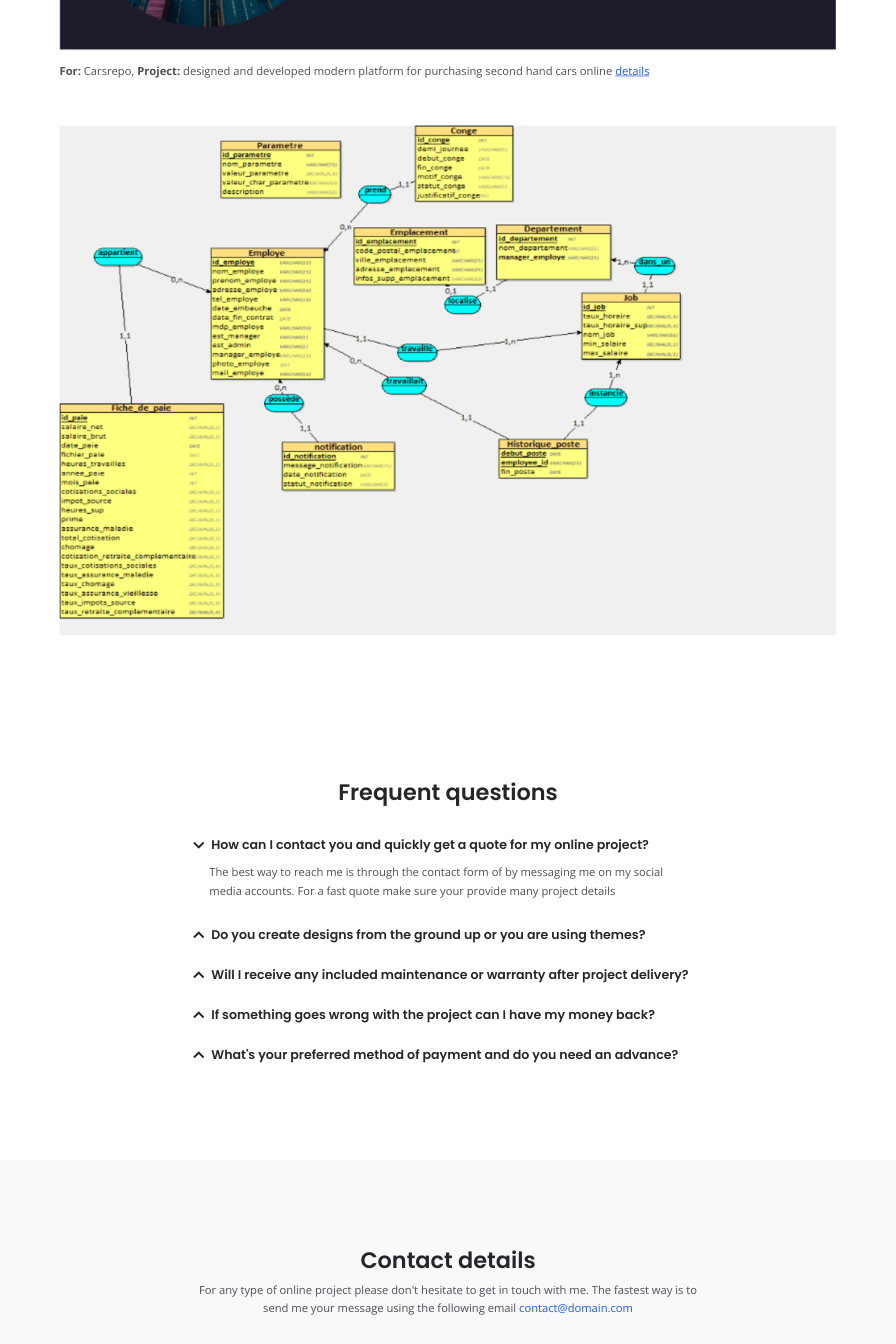
Repository: J2S80000/Portfolio
Page: index.html
The author's editor kept a copy of each file at every save. The page is drawn from the files as they stood at one save, then again after the next save.
The browser window is 1280 px wide. The pictures show the part of the page from y = 4580 to 6500 px (the page is 7409 px tall before and 8148 px after), at 70% of full size.

Above is the page before, as saved 2025-05-05 17:14:21.

After the next save:
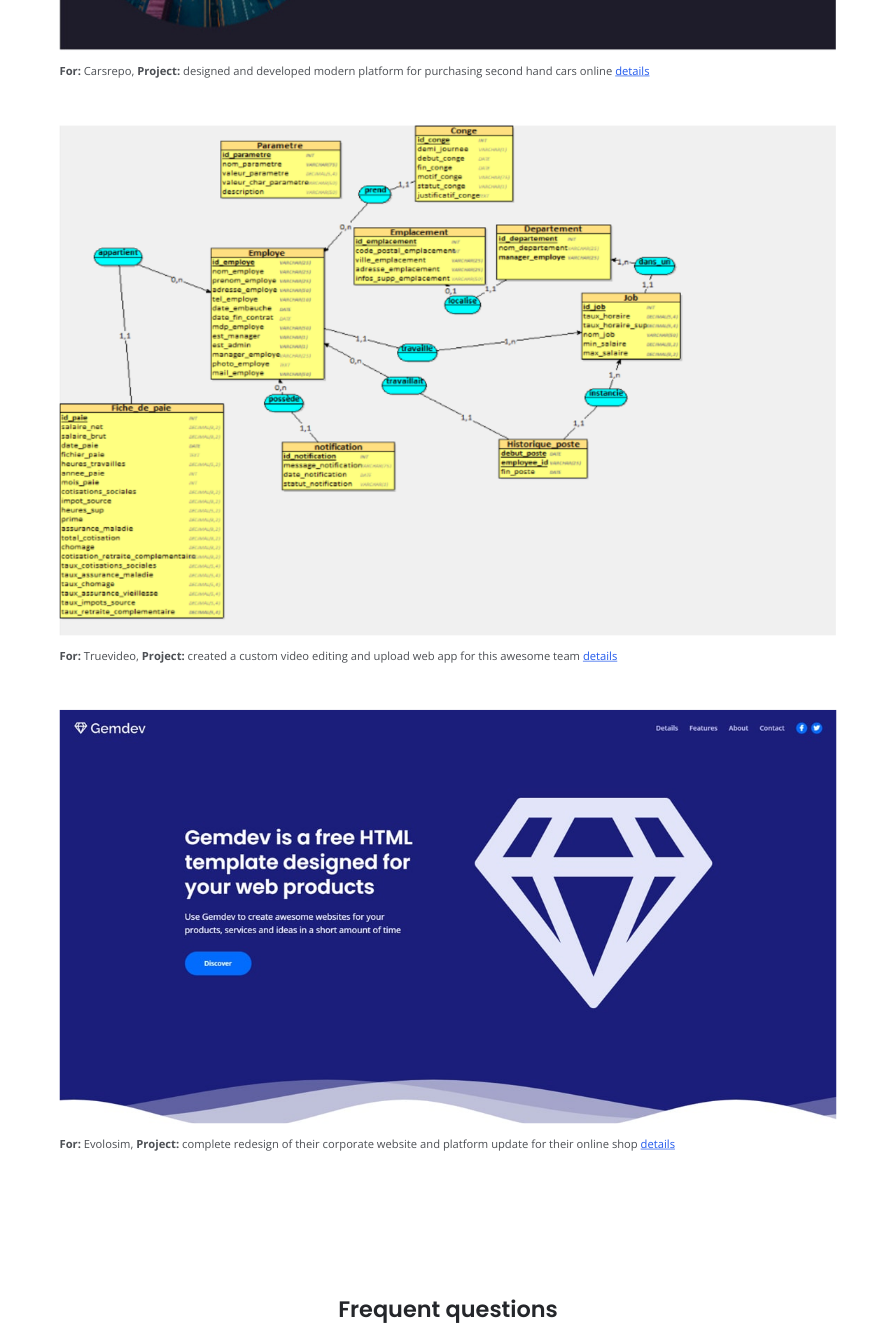
Saved 15 s later.
--- a/index.html
+++ b/index.html
@@ -252,6 +252,15 @@
                                 <img class="img-fluid" src="images/project-3.1.png" alt="alternative">
                             </a>
                         </div> <!-- end of image-container -->
+                        <p><strong>For:</strong> Truevideo, <strong>Project:</strong> created a custom video editing and upload web app for this awesome team <a class="blue" href="project.html">details</a></p>
+                    </div> <!-- end of text-container -->
+                    <div class="text-container">
+                        <div class="image-container">
+                            <a href="project.html">
+                                <img class="img-fluid" src="images/project-4.jpg" alt="alternative">
+                            </a>
+                        </div> <!-- end of image-container -->
+                        <p><strong>For:</strong> Evolosim, <strong>Project:</strong> complete redesign of their corporate website and platform update for their online shop <a class="blue" href="project.html">details</a></p>
                     </div> <!-- end of text-container -->
                 </div> <!-- end of col -->
             </div> <!-- end of row -->
